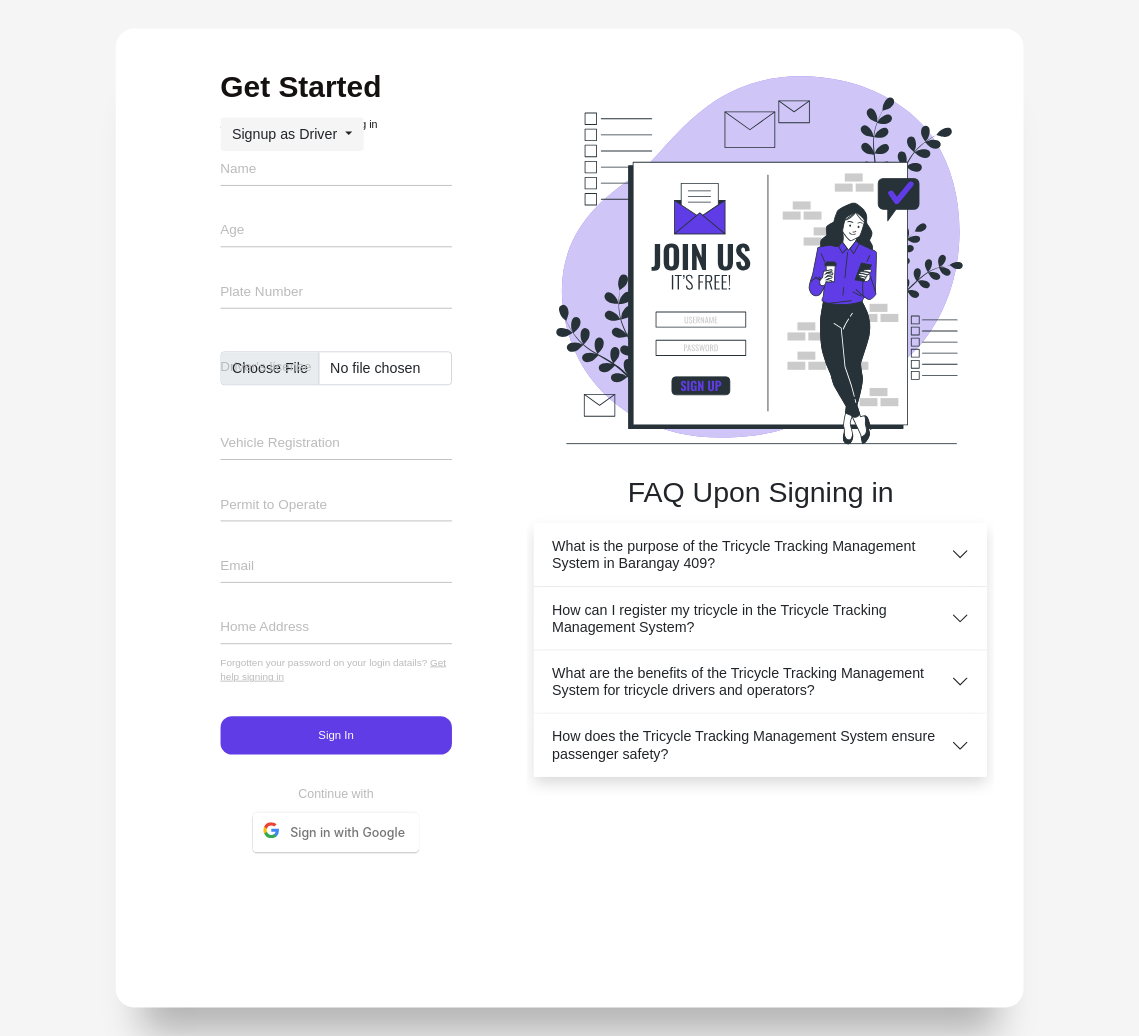
Repository: adrcstro/plate-to-place
Page: http://localhost/Loginsystem/Driverlogin.php
The author's editor kept a copy of each file at every save. The page is drawn from the files as they stood at one save, then again after the next save.
The browser window is 1280 px wide. The pictures show the whole page, at 89% of full size.
Some web fonts or font styles are not loaded; a fallback is used. Some web libraries are served in a nearby version. The page is run by PHP 8.4 with error messages shown; the project is at /var/www/html/.

Above is the page before, as saved 2023-10-31 12:14:18.

After the next save:
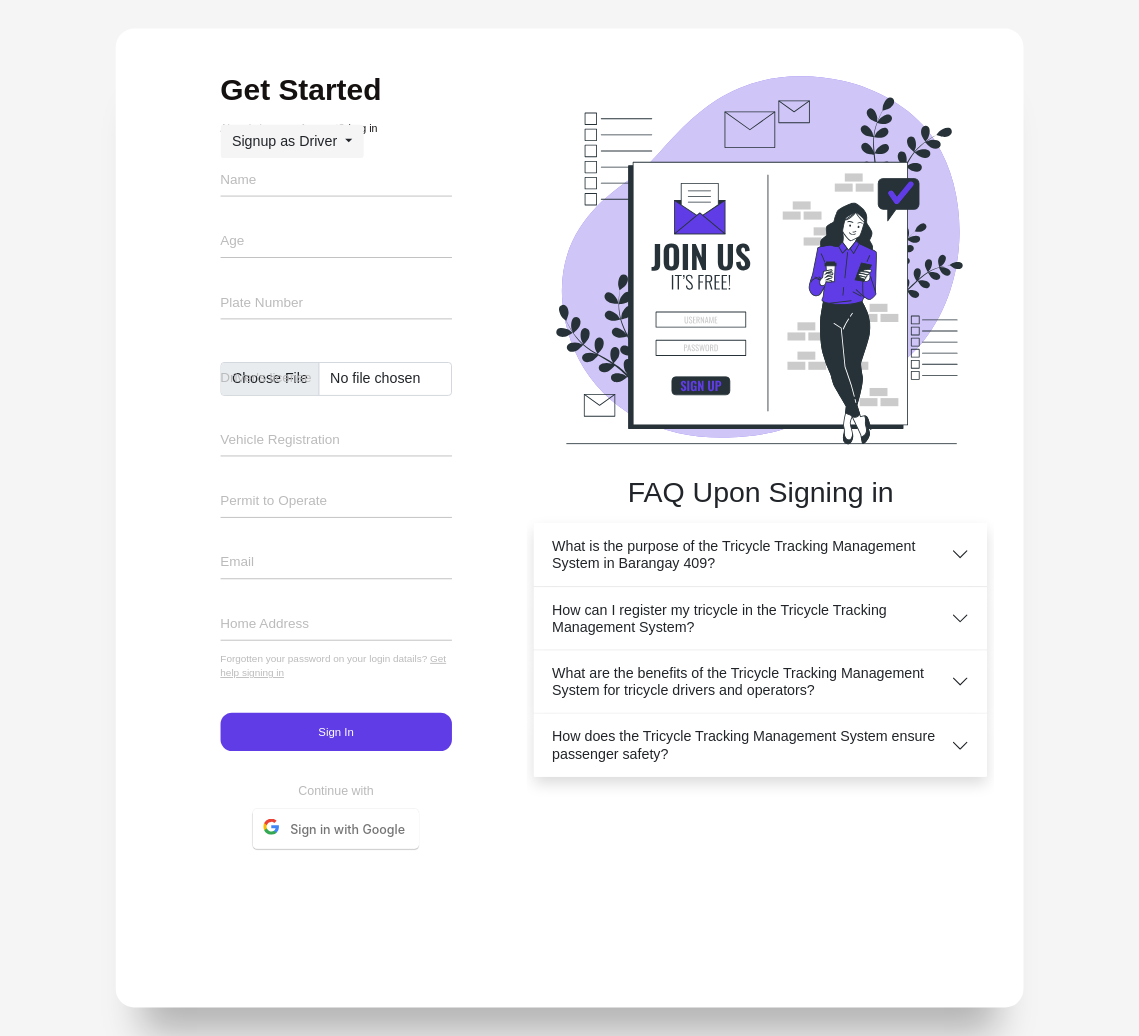
Saved 51 s later.
--- a/Loginsystem/Driverlogin.php
+++ b/Loginsystem/Driverlogin.php
@@ -77,7 +77,7 @@
                   <label>Plate Number</label>
                 </div>
 
-                <div id="Filefield" class="input-wrap mb-5">
+                <div id="Filefield" class="input-wrap">
   <label for="formFile" class="custom-label">Driver's license</label>
   <input class="form-control" type="file" id="formFile" title="Please ensure the image is clear and legible" class="custom-title">
 </div>
